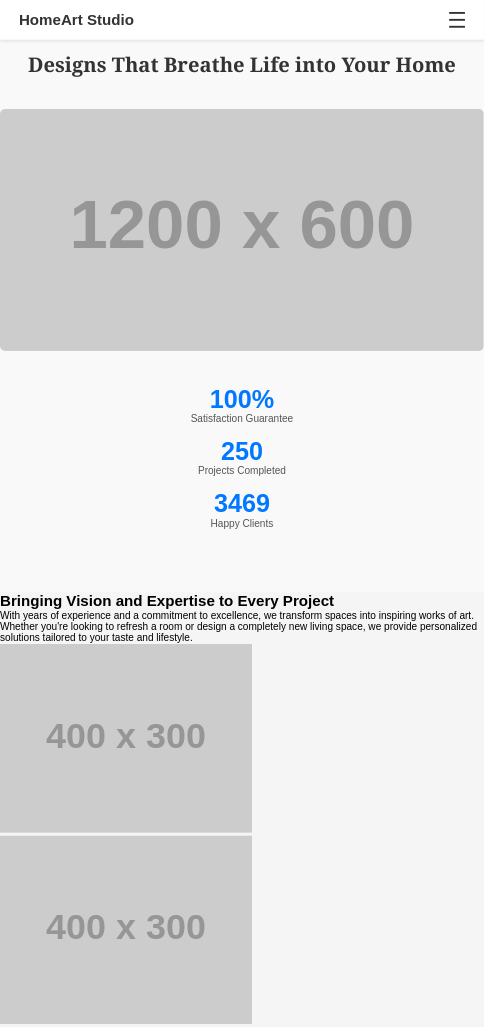
Repository: Patience225/home-decor-studio
Page: index.html
An editor plug-in stored every save of this project. The page is shown before and after a run of saves, followed by the edit.
The browser window is 768 px wide. The pictures show the whole page, at 63% of full size.

Above is the page before, as saved 2025-01-29 04:31:58.

After the next 2 saves:
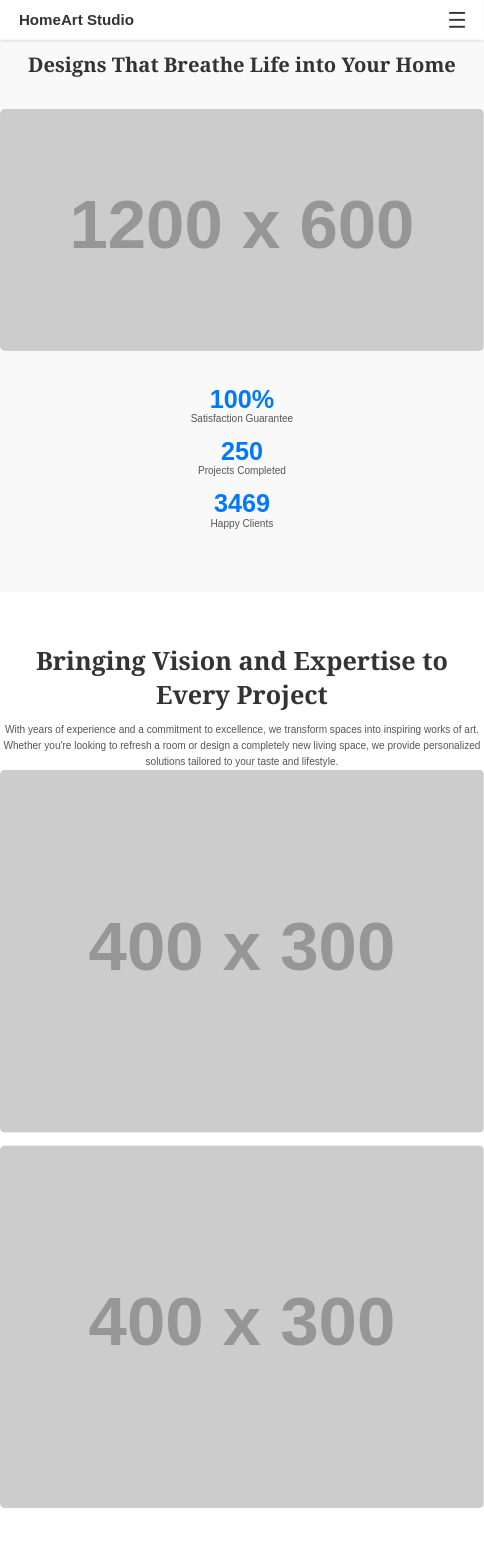
The 2 saves are shown as one change because they came seconds apart.
The last was saved 22 s later.
--- a/styles.css
+++ b/styles.css
@@ -142,3 +142,64 @@ header {
     gap: 20px;
   }
 }
+
+.introduction {
+  background-color: #ffffff;
+  padding: 80px 0;
+  text-align: left;
+}
+
+.intro-container {
+  display: flex;
+  justify-content: space-between;
+  align-items: center;
+  max-width: 1200px;
+  margin: auto;
+}
+
+.intro-text {
+  width: 50%;
+  padding-right: 20px;
+}
+
+.intro-text h2 {
+  font-size: 2.5rem;
+  font-family: 'Georgia', serif;
+  color: #333;
+  margin-bottom: 15px;
+}
+
+.intro-text p {
+  font-size: 1rem;
+  line-height: 1.6;
+  color: #555;
+}
+
+.intro-images {
+  display: flex;
+  flex-direction: column;
+  gap: 20px;
+  width: 40%;
+}
+
+.intro-images img {
+  width: 100%;
+  border-radius: 8px;
+  object-fit: cover;
+}
+
+@media (max-width: 768px) {
+  .intro-container {
+    flex-direction: column;
+    text-align: center;
+  }
+
+  .intro-text,
+  .intro-images {
+    width: 100%;
+  }
+
+  .intro-text {
+    padding-right: 0;
+  }
+}
